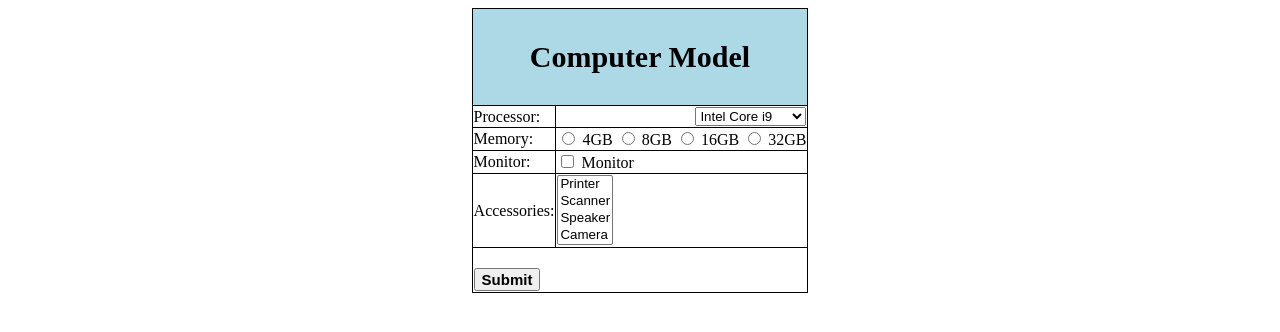
Repository: FatCat0712/JSP
Page: http://localhost/bai_20/computer.jsp
The author's editor kept a copy of each file at every save. The page is drawn from the files as they stood at one save, then again after the next save.
The browser window is 1280 px wide. The pictures show the whole page.
The page is served by Tomcat 9.

Above is the page before, as saved 2024-04-22 12:28:54.

### bai_20/src/main/webapp/computer.jsp
<%@ page language="java" contentType="text/html; charset=UTF-8"
    pageEncoding="UTF-8"%>
<!DOCTYPE html>
<html>
<head>
<meta charset="UTF-8">
<title>Insert title here</title>
<style>
	table,td{
		border: 1px solid black;
		border-collapse: collapse;
	}
</style>
</head>
<body>
	<form action="donHang.jsp">
		<table style="margin-left: auto; margin-right: auto">
			<tr>
				<td colspan="2" style="background-color: lightblue; align-content: center; text-align: center;">
					<p style="font-size: 30px; font-weight: bold;">Computer Model</p>
				</td>
			</tr>
			<tr>
				<td>Processor: </td>
				<td align="right">
					<select name="Processor">
						<option value="corei9">Intel Core i9</option>
						<option value="corei7">Intel Core i7</option>
						<option value="corei5">Intel Core i5</option>
						<option value="corei3">Intel Core i3</option>
						<option value="dualcore">Intel Dual Core</option>
						<option value="pentium">Intel Pentium</option>
					</select>
				</td>
			</tr>
			<tr>
				<td>Memory: </td>
				<td>

						<input type="radio" id="m1" name="memory">
						<label for="m1">4GB</label>

						<input type="radio" id="m2" name="memory">
						<label for="m2">8GB</label>

						<input type="radio" id="m3" name="memory">
						<label for="m3">16GB</label>

						<input type="radio" id="m4" name="memory">
						<label for="m4">32GB</label>


				</td>
			</tr>

			<tr>
				<td>Monitor: </td>
				<td>
					<input type="checkbox" name="monitor" id="monitor"/>
					<label for="monitor">Monitor</label>
				</td>
			</tr>

			<tr>
				<td>
					Accessories:
				</td>
				<td>
					<select name="accessories" multiple="multiple">
						<option value="printer">Printer</option>
						<option value="scanner">Scanner</option>
						<option value="speaker">Speaker</option>
						<option value="camera">Camera</option>


					</select>
				</td>
			</tr>

			<tr >
				<td colspan="2" style="padding-top: 20px">
					<input type="submit" value="Submit" style="font-weight: bold; font-size: 15px"/>
				</td>

			</tr>



		</table>
	</form>
</body>
</html>

After the next save:
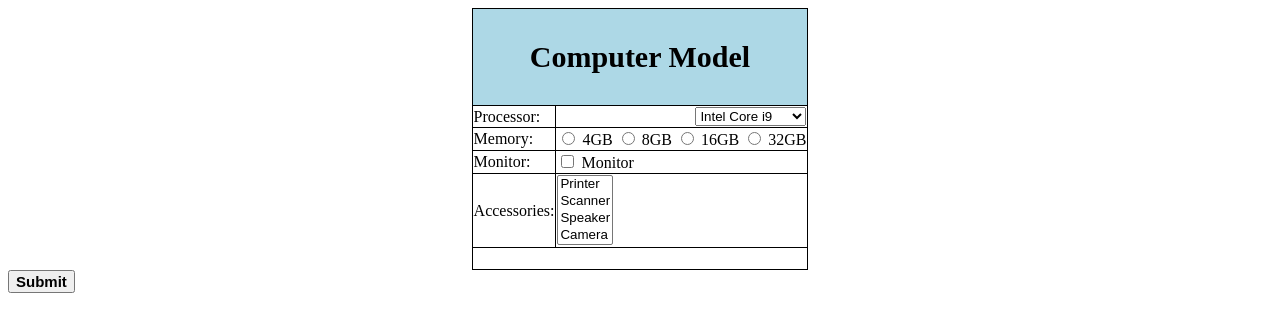
Saved 16 s later.
--- a/bai_20/src/main/webapp/computer.jsp
+++ b/bai_20/src/main/webapp/computer.jsp
@@ -79,7 +79,7 @@
 
 			<tr >
 				<td colspan="2" style="padding-top: 20px">
-					<input type="submit" value="Submit" style="font-weight: bold; font-size: 15px"/>
+
 				</td>
 
 			</tr>
@@ -87,6 +87,7 @@
 
 
 		</table>
+		<input type="submit" value="Submit" style="font-weight: bold; font-size: 15px"/>
 	</form>
 </body>
 </html>
